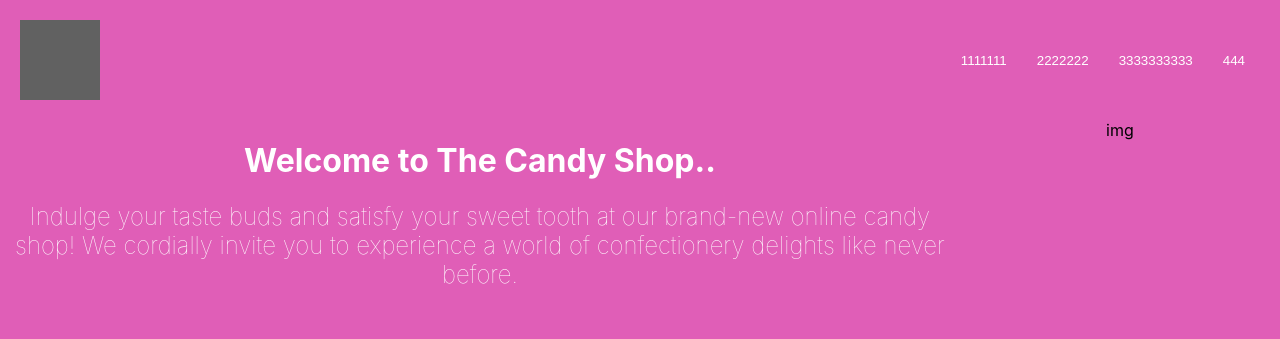
Repository: nika-otter/CandyShop
Page: /
The author's editor kept a copy of each file at every save. The page is drawn from the files as they stood at one save, then again after the next save.
The browser window is 1280 px wide. The pictures show the whole page.
Pictures or frames that could not be fetched are drawn as grey boxes. An inner scrolling area shows only its first screen. The project was rebuilt for these pictures with package versions that can differ from the ones it lists, and the page was loaded fresh each time.

Above is the page before, as saved 2023-06-10 16:50:44.

### src/App.js
import "./App.css";
import Main from "./Pages/Main";

function App() {
  return (
    <div className="App">
      <Main />
    </div>
  );
}

export default App;

### src/App.css
.App {
  text-align: center;
  /* scrollbar-width: none; */
}

.App-logo {
  height: 40vmin;
  pointer-events: none;
}

@media (prefers-reduced-motion: no-preference) {
  .App-logo {
    animation: App-logo-spin infinite 20s linear;
  }
}

.App-header {
  background-color: #282c34;
  min-height: 100vh;
  display: flex;
  flex-direction: column;
  align-items: center;
  justify-content: center;
  font-size: calc(10px + 2vmin);
  color: white;
}

.App-link {
  color: #61dafb;
}

@keyframes App-logo-spin {
  from {
    transform: rotate(0deg);
  }
  to {
    transform: rotate(360deg);
  }
}

### src/Pages/Main.jsx
import Cupcake from "../components/Cupcake";
import Map from "../components/Map";
import Reviews from "../components/Reviews";
import We from "../components/We";
import WhatWeDo from "../components/WhatWeDo";
import classes from "./Main.module.scss";

function Main() {
  return (
    <div className={classes.container}>
      <Cupcake />
      <We />
      <WhatWeDo />
      <Reviews />
      <Map />
    </div>
  );
}

export default Main;

### src/components/Cupcake.jsx
import classes from "./Cupcake.module.scss";
import Nav from "./Nav";
function Cupcake() {
  return (
    <div className={classes.container}>
      <Nav />
      <div className={classes.content}>
        <div className={classes.info}>
          <h1 className={classes.cupcake__title}>
            Welcome to The Candy Shop..
          </h1>
          <h2 className={classes.cupcake__subtitle}>
            Indulge your taste buds and satisfy your sweet tooth at our
            brand-new online candy shop! We cordially invite you to experience a
            world of confectionery delights like never before.
          </h2>
        </div>
        <div className={classes.cupcake}>img</div>
      </div>
    </div>
  );
}

export default Cupcake;

### src/components/Map.jsx
import classes from "./Map.module.scss";
function Map() {
  return <div className={classes.container}></div>;
}

export default Map;

### src/components/Reviews.jsx
import classes from "./Reviews.module.scss";
function Reviews() {
  return <div className={classes.container}>Reviews</div>;
}

export default Reviews;

### src/components/We.jsx
import classes from "./We.module.scss";
function We() {
  return <div className={classes.container}>We</div>;
}

export default We;

### src/components/WhatWeDo.jsx
import classes from "./WhatWeDo.module.scss";
function WhatWeDo() {
  return <div className={classes.container}>WhatWeDo</div>;
}

export default WhatWeDo;

### src/Pages/Main.module.scss
.container {
  height: 100vh;
  background-color: pink;
  scroll-snap-type: y mandatory;
  scroll-behavior: smooth;
  overflow-y: auto;
  scrollbar-width: none;
  &::-webkit-scrollbar {
    display: none;
  }
}

### src/components/Cupcake.module.scss
.container {
  height: 100vh;
  background-color: rgb(224, 94, 183);
  scroll-snap-align: center;
}
.content {
  display: flex;
  justify-content: space-between;
}
.cupcake__title {
  //   font-size: large;
  color: white;
}
.cupcake__subtitle {
  color: white;
  font-weight: 100;
}
.cupcake {
  width: 50vw;
}

### src/components/Nav.jsx
import classes from "./Nav.module.scss";
function Nav() {
  return (
    <nav className={classes.container}>
      <img
        src="https://cdn-icons-png.flaticon.com/512/1888/1888765.png"
        alt=""
      />
      <div>
        {" "}
        <button>1111111</button>
        <button>2222222</button>
        <button>3333333333</button>
        <button>444</button>
      </div>
    </nav>
  );
}

export default Nav;

### src/components/Map.module.scss
.container {
  height: 100vh;
  background-color: rgb(205, 127, 140);
  scroll-snap-align: center;
}

### src/components/Reviews.module.scss
.container {
  height: 100vh;
  background-color: pink;
  scroll-snap-align: center;
}

### src/components/We.module.scss
.container {
  height: 100vh;
  background-color: rgb(209, 183, 188);
  scroll-snap-align: center;
}

### src/components/WhatWeDo.module.scss
.container {
  height: 100vh;
  background-color: rgb(171, 116, 125);
  scroll-snap-align: center;
}

### src/components/Nav.module.scss
.container {
  display: flex;
  justify-content: space-between;
  padding: 20px;
  max-width: 1400px;
  align-items: center;
  img {
    width: 80px;
    height: 80px;
    filter: invert(100%);
  }
  button {
    background-color: transparent;
    border: none;
    cursor: pointer;
    padding: 5px;
    margin: 10px;
    color: white;
    &:hover {
      background-color: #f5f5f530;
      border-radius: 5px;
    }
  }
}

Loaded but not shown: public/index.html (common file); src/index.js (common file); src/index.css (common file)

After the next save:
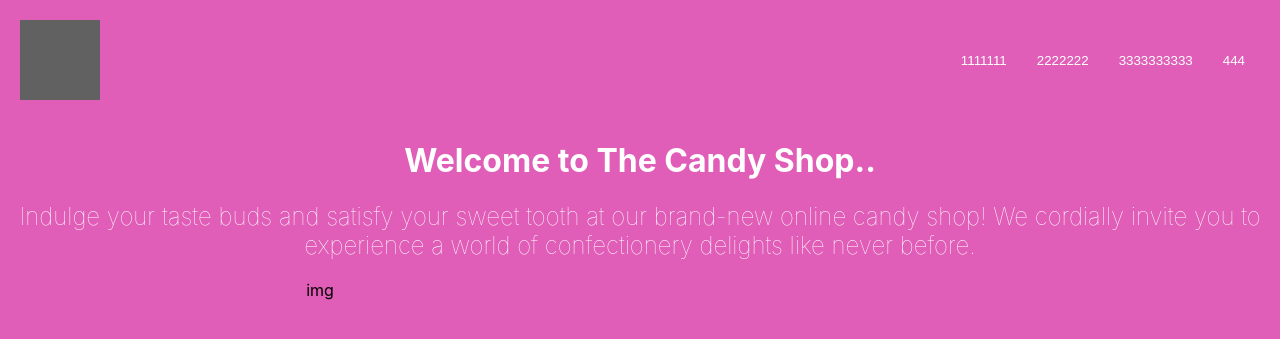
Saved 36 s later.
--- a/src/components/Cupcake.module.scss
+++ b/src/components/Cupcake.module.scss
@@ -4,8 +4,8 @@
   scroll-snap-align: center;
 }
 .content {
-  display: flex;
-  justify-content: space-between;
+  display: grid;
+  grid-row: 2;
 }
 .cupcake__title {
   //   font-size: large;

After the save that followed:
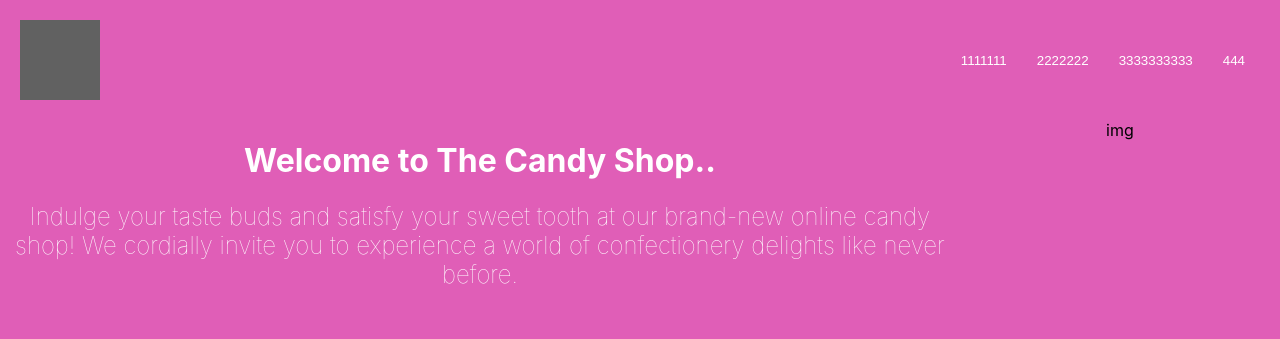
Saved 19 s later.
--- a/src/components/Cupcake.module.scss
+++ b/src/components/Cupcake.module.scss
@@ -4,8 +4,8 @@
   scroll-snap-align: center;
 }
 .content {
-  display: grid;
-  grid-row: 2;
+  display: flex;
+  justify-content: space-between;
 }
 .cupcake__title {
   //   font-size: large;
